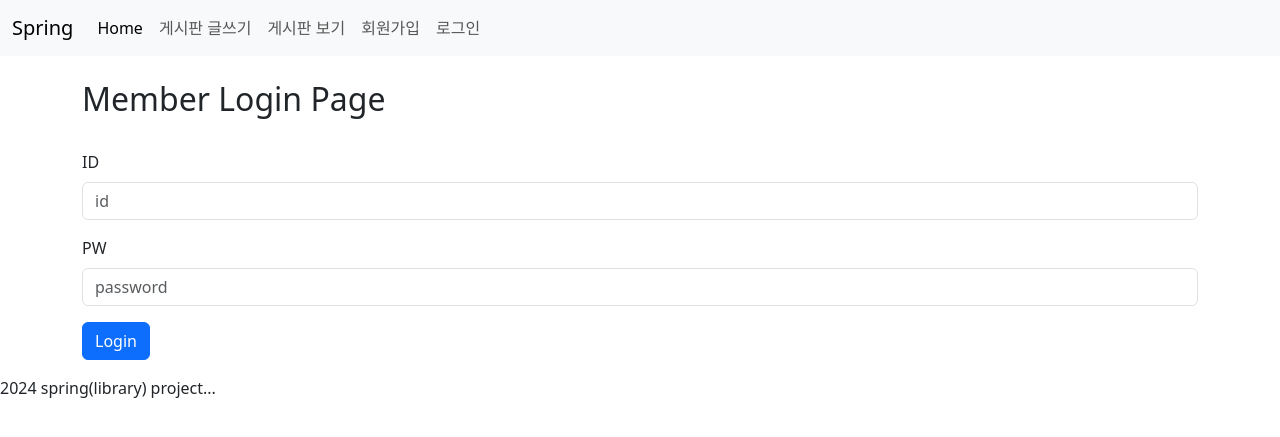
Repository: budflower44/Spring
Page: http://localhost/spring_test2/WEB-INF/views/member/login.jsp
The author's editor kept a copy of each file at every save. The page is drawn from the files as they stood at one save, then again after the next save.
The browser window is 1280 px wide. The pictures show the whole page.
The page is served by Tomcat 9. Nobody is signed in. The template is opened directly, without the code that normally fills it, so the values that code supplies are empty.

Above is the page before, as saved 2024-01-15 01:01:10.

After the next save:
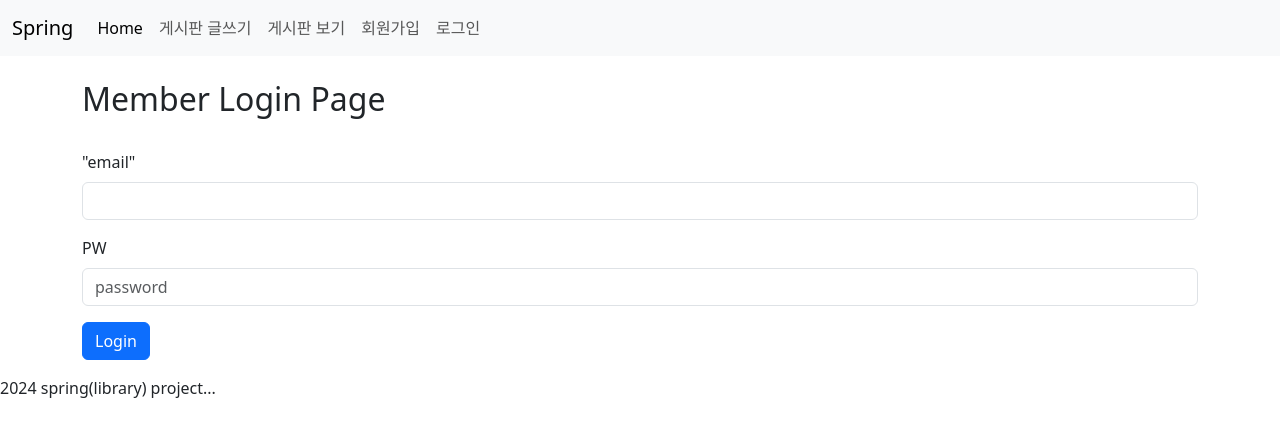
Saved 26 s later.
--- a/spring_test2/src/main/webapp/WEB-INF/views/member/login.jsp
+++ b/spring_test2/src/main/webapp/WEB-INF/views/member/login.jsp
@@ -12,8 +12,8 @@
 
 	<form action="/member/login" method="post">
 		<div class="mb-3">
-			<label for="id" class="form-label">ID</label> <input type="text"
-				name="id" class="form-control" id="id" placeholder="id">
+			<label for="email" class="form-label">"email"</label> <input type="text"
+				name=""email"" class="form-control" id=""email"" placeholder=""email"">
 		</div>
 		<div class="mb-3">
 			<label for="pw" class="form-label">PW</label> <input type="password"
